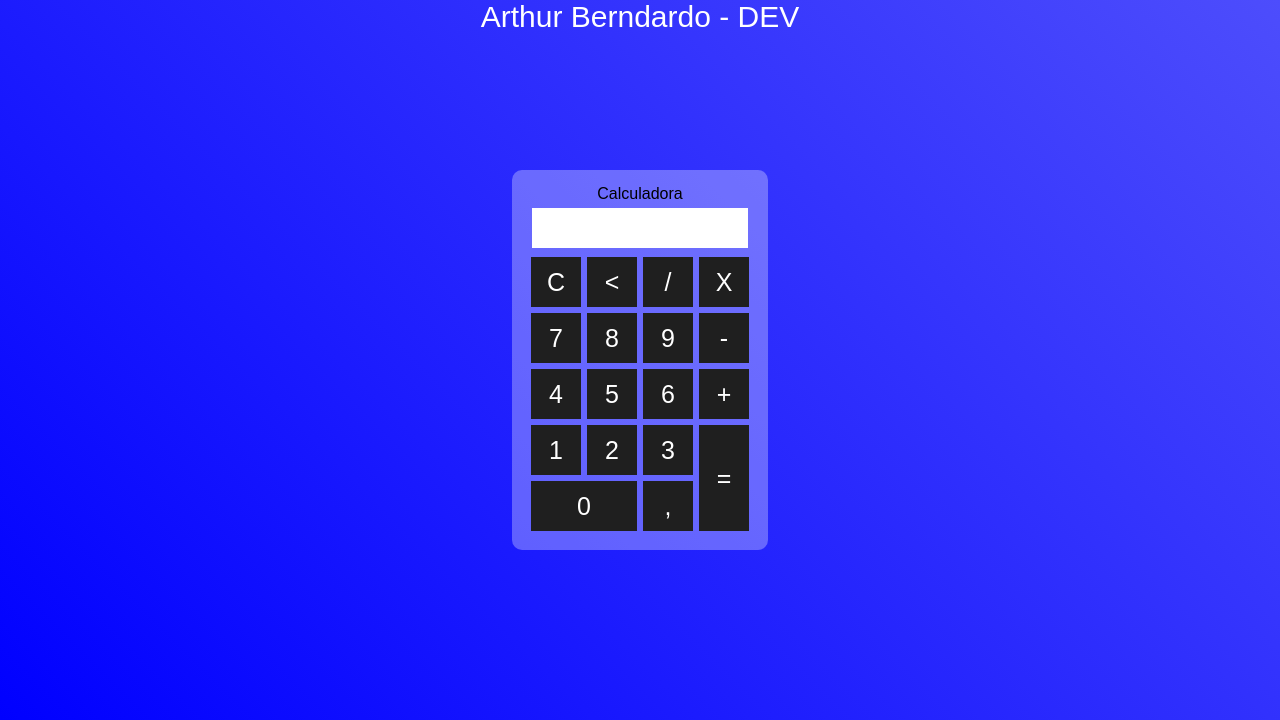
Repository: oThurDev/calculadora
Page: calculadora.html
These files come from the project's save history. The page is drawn as it stood at one moment and after the next save; the edit follows.
The browser window is 1280 px wide. The pictures show the whole page.

Above is the page before, as saved 2022-03-02 19:34:30.

### calculadora.html
<!DOCTYPE html>
<html lang="en">
<head>
    <meta charset="UTF-8">
    <meta name="viewport" content="width=device-width, initial-scale=1.0">
    <link rel="stylesheet" href="style_calculadora.css">
    <script src="./functions-calculator.js"></script>

    <title>Calculadora - Arthur Berndardo</title>
</head>
<body>
    <div class="fundo">
        <span class="title">Arthur Berndardo - DEV</span>
        <div class="calculadora">
            <span>Calculadora</span>
            <p id="resultado"></p>
            <table>
                <tr>
                    <td><button class="botao" onclick="clean()">C</button></td>
                    <td><button class="botao" onclick="back()"><</button></td>
                    <td><button class="botao" onclick="insert('/')">/</button></td>
                    <td><button class="botao" onclick="insert('x')">X</button></td>
                </tr>
                <tr>
                    <td><button class="botao" onclick="insert('7')">7</button></td>
                    <td><button class="botao" onclick="insert('8')">8</button></td>
                    <td><button class="botao" onclick="insert('9')">9</button></td>
                    <td><button class="botao" onclick="insert('-')">-</button></td>
                </tr>
                <tr>
                    <td><button class="botao" onclick="insert('4')">4</button></td>
                    <td><button class="botao" onclick="insert('5')">5</button></td>
                    <td><button class="botao" onclick="insert('6')">6</button></td>
                    <td><button class="botao" onclick="insert('+')">+</button></td>
                </tr>
                <tr>
                    <td><button class="botao" onclick="insert('1')">1</button></td>
                    <td><button class="botao" onclick="insert('2')">2</button></td>
                    <td><button class="botao" onclick="insert('3')">3</button></td>
                    <td rowspan="2"><button class="botao" style="height: 106px;" onclick="calcular()">=</button></td>
                </tr>
                <tr>
                    <td colspan="2"><button class="botao" style="width: 106px;" onclick="insert('0')">0</button></td>
                    <td><button class="botao" onclick="insert(',')">,</button></td>
                </tr>
            </table>
        </div>
    </div>
</body>
</html>

### style_calculadora.css
*{
    margin: 0;
    padding: 0;
}

.fundo{
    background-image: linear-gradient(45deg, blue, rgb(77, 77, 252));
    height: 100vh;
    color: black;
    font-family: Arial, Helvetica, sans-serif;
    text-align: center;
}

.title{
    font-size: 30px;
    color: white;
}

.calculadora{
    position: absolute;
    background-color: rgba(255, 255, 255, 0.3);
    top: 50%;
    left: 50%;
    transform: translate(-50%, -50%);
    border-radius: 10px;
    padding: 15px;
}

.botao{
    width: 50px;
    height: 50px;
    font-size: 25px;
    cursor: pointer;
    background-color: rgb(31, 31, 31);
    border: none;
    color: white;
    margin: 2px;
}

.botao:hover{
    background-color: black;
}

#resultado{
    background-color: white;
    height: 30px;
    margin: 5px;
    font-size: 20px;
    text-align: right;
    padding: 5px;
}

### functions-calculator.js
function insert(num)
{
    var numero = document.getElementById('resultado').innerHTML;
    document.getElementById('resultado').innerHTML = numero + num;
}

function clean()
{
    document.getElementById('resultado').innerHTML = "";
}

function back()
{
    var resultado = document.getElementById('resultado').innerHTML;
    document.getElementById('resultado').innerHTML = resultado.substring(0, resultado.length -1)
}

function calcular()
{
    var resultado = document.getElementById('resultado').innerHTML;
    if(resultado)
    {
        document.getElementById('resultado').innerHTML = eval(resultado)
    }
    else
    {
        document.getElementById('resultado').innerHTML = 'nada para calcular'
    }
}

After the next save:
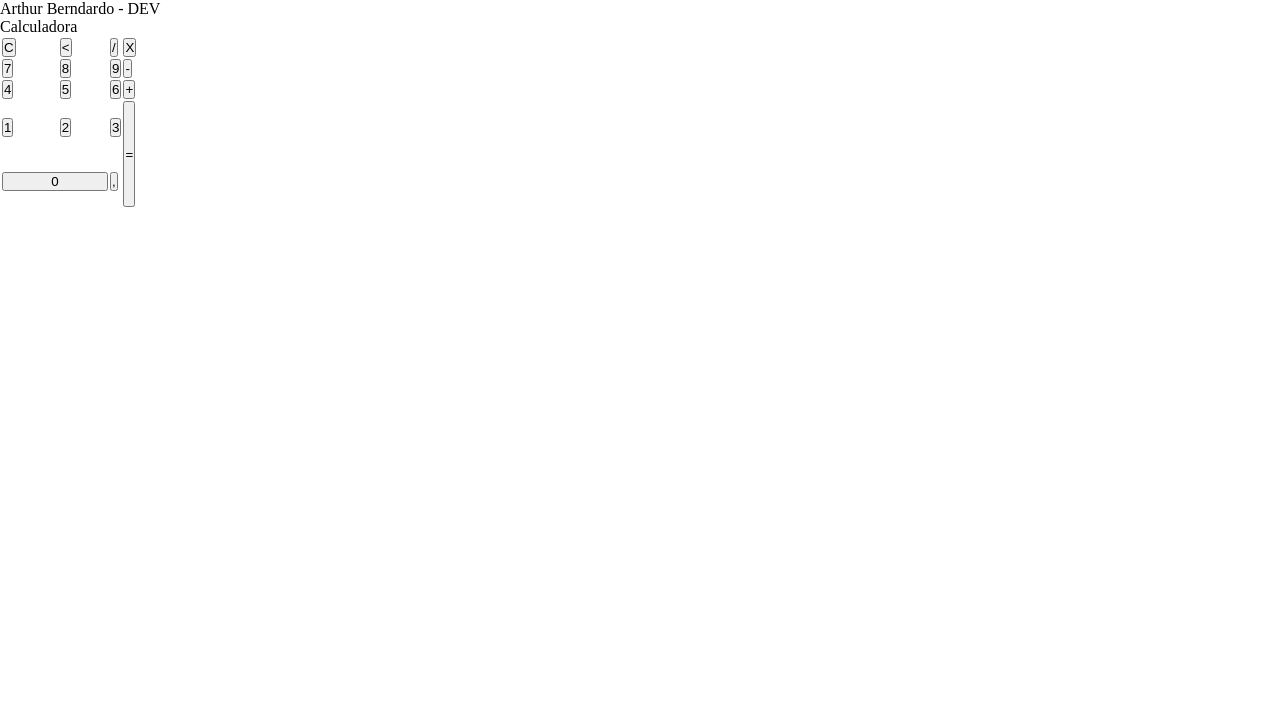
Saved 31 min 31 s later.
--- a/style_calculadora.css
+++ b/style_calculadora.css
@@ -4,7 +4,7 @@
 }
 
 .fundo{
-    background-image: linear-gradient(45deg, blue, rgb(77, 77, 252));
+    background-image: linear-gradient(45deg, #2af598, #009efd;
     height: 100vh;
     color: black;
     font-family: Arial, Helvetica, sans-serif;
